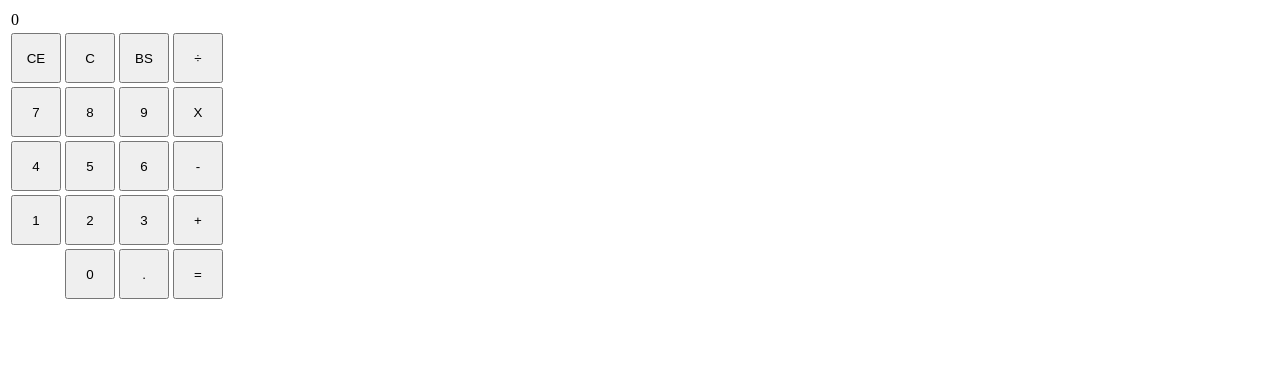
Repository: Dabee-ee/JAVA-lesson2
Page: Personal/JSPPrj/WebContent/calc3.html
These files come from the project's save history. The page is drawn as it stood at one moment and after the next save; the edit follows.
The browser window is 1280 px wide. The pictures show the whole page.

Above is the page before, as saved 2021-03-13 06:30:05.

### Personal/JSPPrj/WebContent/calc3.html
<!DOCTYPE html>
<html>
<head>
<meta charset="UTF-8">
<title>Insert title here</title>
<style>
input {
width : 50px;
height : 50px;
}
</style>
</head>
<body>
	<div>
		<form action="calc3" method="post">

			<table>
				<tr>
					<td colspan="4">0</td>
				</tr>
				<tr>
					<td><input type="submit" name="operator" value="CE" /></td>
					<td><input type="submit" name="operator" value="C" /></td>
					<td><input type="submit" name="operator" value="BS" /></td>
					<td><input type="submit" name="operator" value="÷" /></td>
				</tr>
				<tr>
					<td><input type="submit" name="operator" value="7" /></td>
					<td><input type="submit" name="operator" value="8" /></td>
					<td><input type="submit" name="operator" value="9" /></td>
					<td><input type="submit" name="operator" value="X" /></td>
				</tr>
				<tr>
					<td><input type="submit" name="operator" value="4" /></td>
					<td><input type="submit" name="operator" value="5" /></td>
					<td><input type="submit" name="operator" value="6" /></td>
					<td><input type="submit" name="operator" value="-" /></td>
				</tr>
				<tr>
					<td><input type="submit" name="operator" value="1" /></td>
					<td><input type="submit" name="operator" value="2" /></td>
					<td><input type="submit" name="operator" value="3" /></td>
					<td><input type="submit" name="operator" value="+" /></td>
				</tr>
				<tr>
					<td></td>
					<td><input type="submit" name="operator" value="0" /></td>
					<td><input type="submit" name="operator" value="." /></td>
					<td><input type="submit" name="operator" value="=" /></td>
				</tr>
			</table>
		</form>
	</div>
</body>
</html>

After the next save:
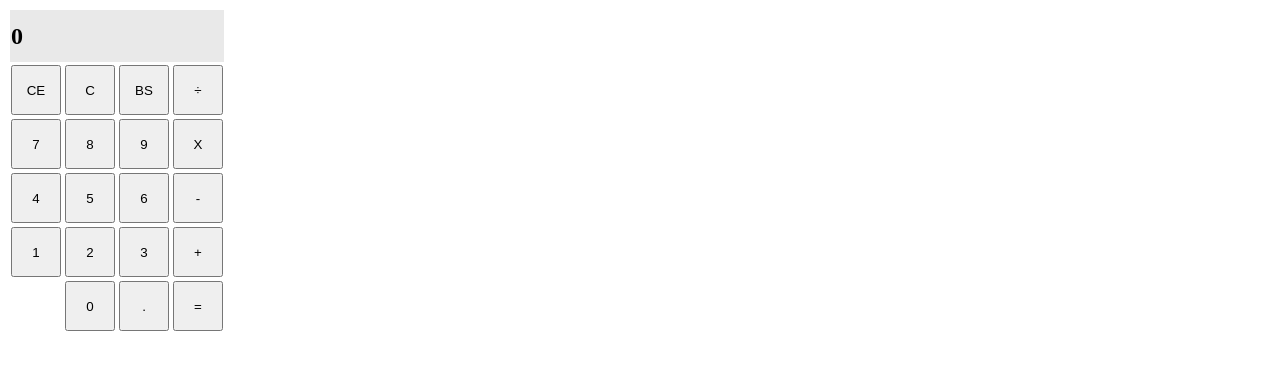
Saved 60 s later.
--- a/Personal/JSPPrj/WebContent/calc3.html
+++ b/Personal/JSPPrj/WebContent/calc3.html
@@ -8,6 +8,14 @@ input {
 width : 50px;
 height : 50px;
 }
+
+.output {
+height : 50px;
+background: #e9e9e9;
+font-size:24px;
+font-weight: bold;
+}
+
 </style>
 </head>
 <body>
@@ -16,7 +24,7 @@ height : 50px;
 
 			<table>
 				<tr>
-					<td colspan="4">0</td>
+					<td class="output" colspan="4">0</td>
 				</tr>
 				<tr>
 					<td><input type="submit" name="operator" value="CE" /></td>
